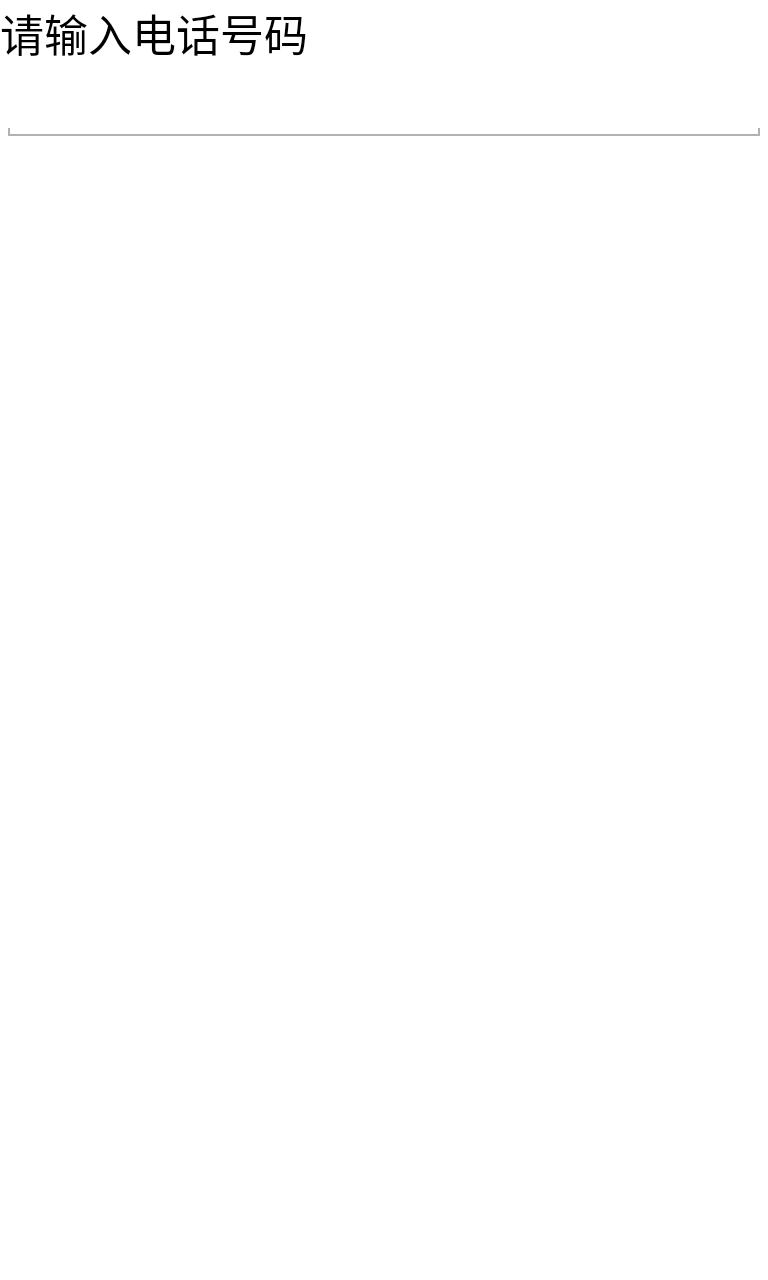
Repository: qq839924354/day01
Layout: code/Phone/res/layout/activity_main.xml
The author's editor kept a copy of each file at every save. The layout is drawn from the files as they stood at one save, then again after the next save.
It is drawn on a 768 x 1280 px phone screen (xhdpi) without system bars, with theme AppTheme; the app's code is not run.

Above is the layout before, as saved 2013-02-28 06:16:13.

### code/Phone/res/layout/activity_main.xml
<LinearLayout xmlns:android="http://schemas.android.com/apk/res/android"
    xmlns:tools="http://schemas.android.com/tools"
    android:layout_width="match_parent"
    android:layout_height="match_parent"
    android:orientation="vertical"
    tools:context=".MainActivity" >

    <TextView
        android:id="@+id/textView1"
        android:layout_width="wrap_content"
        android:layout_height="wrap_content"
        android:text="@string/please_input_number"
        android:textAppearance="?android:attr/textAppearanceLarge" />

    <EditText
        android:id="@+id/editText1"
        android:layout_width="match_parent"
        android:layout_height="wrap_content"
        android:inputType="phone" >

    </EditText>

    <Button


        />
</LinearLayout>

### code/Phone/res/values/strings.xml
<?xml version="1.0" encoding="utf-8"?>
<resources>

    <string name="app_name">Phone</string>
    <string name="hello_world">Hello world!</string>
    <string name="menu_settings">Settings</string>
    <string name="dail">拨打电话</string>
    <string name="please_input_number">请输入电话号码</string>

</resources>

Loaded but not shown: code/Phone/res/values/styles.xml (common file); code/Phone/res/values-v11/styles.xml (common file); code/Phone/res/values-v14/styles.xml (common file)

After the next save:
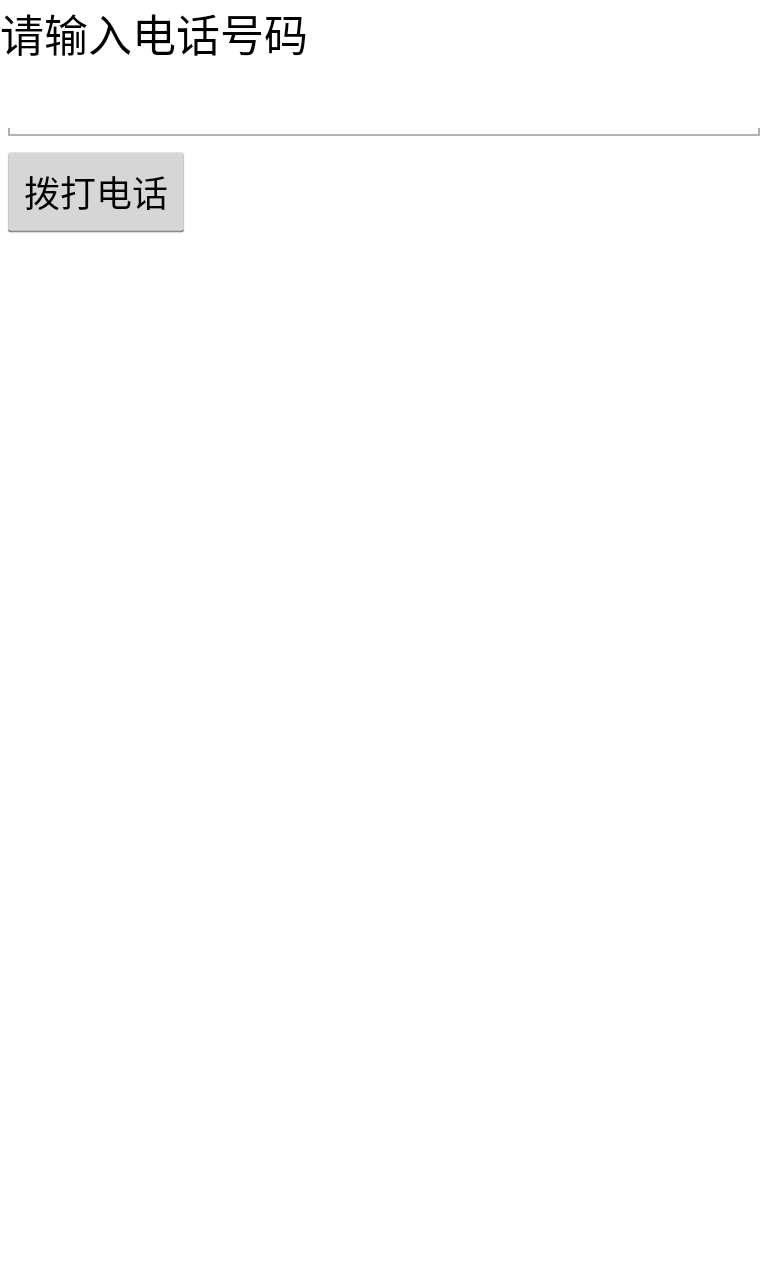
Saved 16 s later.
--- a/code/Phone/res/layout/activity_main.xml
+++ b/code/Phone/res/layout/activity_main.xml
@@ -21,7 +21,8 @@
     </EditText>
 
     <Button
-
-
+         android:layout_width="wrap_content"
+        android:layout_height="wrap_content"
+        android:text="@string/dail"
         />
 </LinearLayout>
